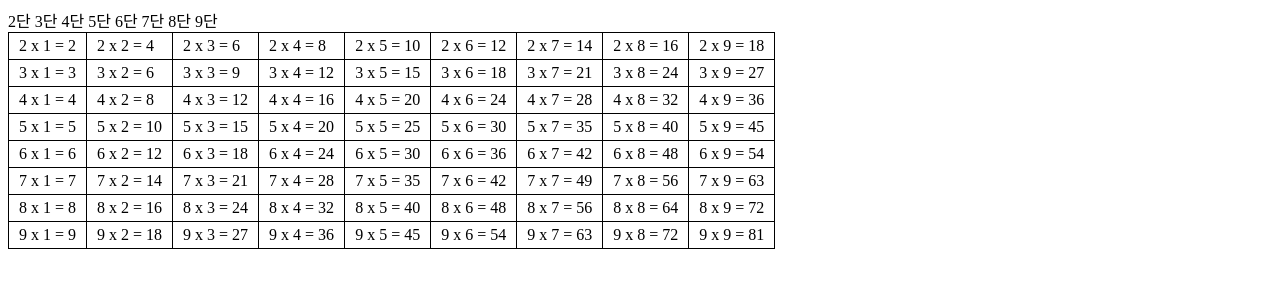
Repository: carnelli95/workspace_JSP
Page: http://localhost/MustHaveJSP/JSPMission/Gugudan2.jsp
An editor plug-in stored every save of this project. The page is shown before and after the next save, followed by the edit.
The browser window is 1280 px wide. The pictures show the whole page.
The page is served by Tomcat 9. Other server files are loaded and not shown.

Above is the page before, as saved 2025-09-26 07:59:50.

### MustHaveJSP/src/main/webapp/JSPMission/Gugudan2.jsp
<%@ page language="java" contentType="text/html; charset=UTF-8"
    pageEncoding="UTF-8"%>
<!DOCTYPE html>
<html>
 <style>
 table {
 border:1px solid;
 border-collapse: collapse;
 }
 td, tr {
 border:1px solid;
 padding: 4px 10px;
 }
 .title {
 text-align: center;
 background-color: lightgray;
 }
 </style>
<head>
<meta charset="UTF-8">
<title>Insert title here</title>
</head>
<body>
<table>
	<%
		for(int i = 2; i <= 9; i++) {
			out.println("<tr>" + i + "단");
			for(int j = 1; j <= 9; j++) {
				out.print("<td>" + i + " x " + j  + " = " + i * j + "</td>" + "\t");
			}
			out.println("</tr>");
		}
	%>
</table>
</body>
</html>

After the next save:
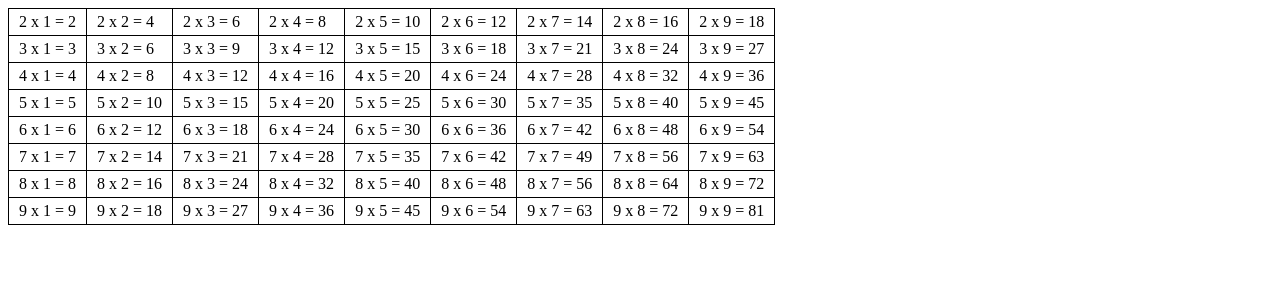
Saved 4 min 18 s later.
--- a/MustHaveJSP/src/main/webapp/JSPMission/Gugudan2.jsp
+++ b/MustHaveJSP/src/main/webapp/JSPMission/Gugudan2.jsp
@@ -24,7 +24,7 @@
 <table>
 	<%
 		for(int i = 2; i <= 9; i++) {
-			out.println("<tr>" + i + "단");
+			out.println("<tr>");
 			for(int j = 1; j <= 9; j++) {
 				out.print("<td>" + i + " x " + j  + " = " + i * j + "</td>" + "\t");
 			}
